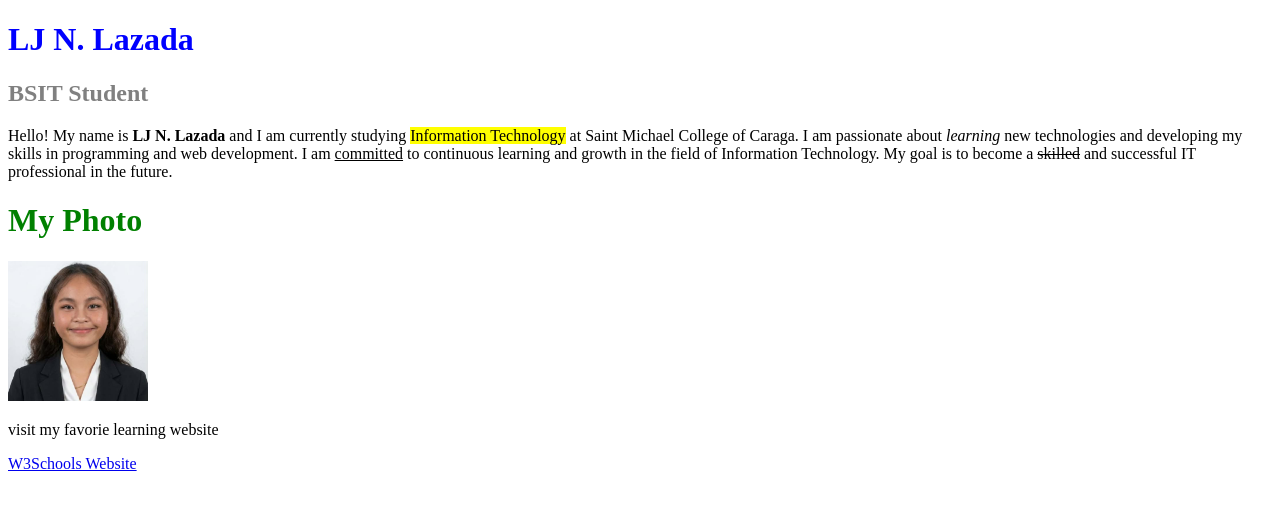
Repository: ljlazada11/myfirsthtml
Page: index.html
The author's editor kept a copy of each file at every save. The page is drawn from the files as they stood at one save, then again after the next save.
The browser window is 1280 px wide. The pictures show the whole page.

Above is the page before, as saved 2026-06-24 19:27:52.

### index.html
<!DOCTYPE html>
<html lang="en">
<head>
    <meta charset="UTF-8">
    <meta name="viewport" content="width=device-width, initial-scale=1.0">
    <title>My Personal Web Profile</title>
    <link rel="icon" type="image/x-icon" href="images.png">

</head>
<body>
    <h1 style="color:blue;">LJ N. Lazada</h1>
    <h2 style="color:gray;">BSIT Student</h2>
    <p>Hello! My name is <strong>LJ N. Lazada</strong> and I am currently studying <mark>Information Technology</mark> at Saint Michael College of Caraga. I am passionate about <i>learning</i> new technologies and developing my skills in programming and web development. I am <ins>committed</ins> to continuous learning and growth in the field of Information Technology. My goal is to become a <del>skilled</del> and successful IT professional in the future.</p>
</body>
    <h1 style="color:green;">My Photo</h1>
    <img src="pic.jpg" alt="My	Profile	Picture" width="140" height="140">
    <p> visit my favorie learning website</p>
    <a href="https://www.w3schools.com" target="_blank">W3Schools	Website</a>
</html>

After the next save:
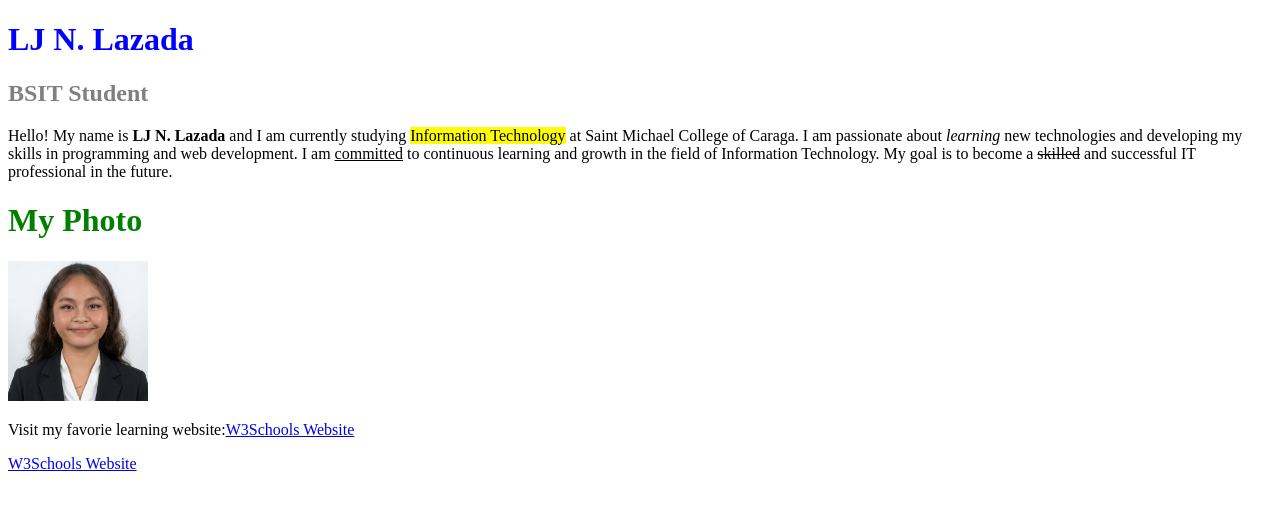
Saved 31 s later.
--- a/index.html
+++ b/index.html
@@ -14,6 +14,6 @@
 </body>
     <h1 style="color:green;">My Photo</h1>
     <img src="pic.jpg" alt="My	Profile	Picture" width="140" height="140">
-    <p> visit my favorie learning website</p>
+    <p> Visit my favorie learning website:<a href="https://www.w3schools.com" target="_blank">W3Schools	Website</a></p>
     <a href="https://www.w3schools.com" target="_blank">W3Schools	Website</a>
 </html>
